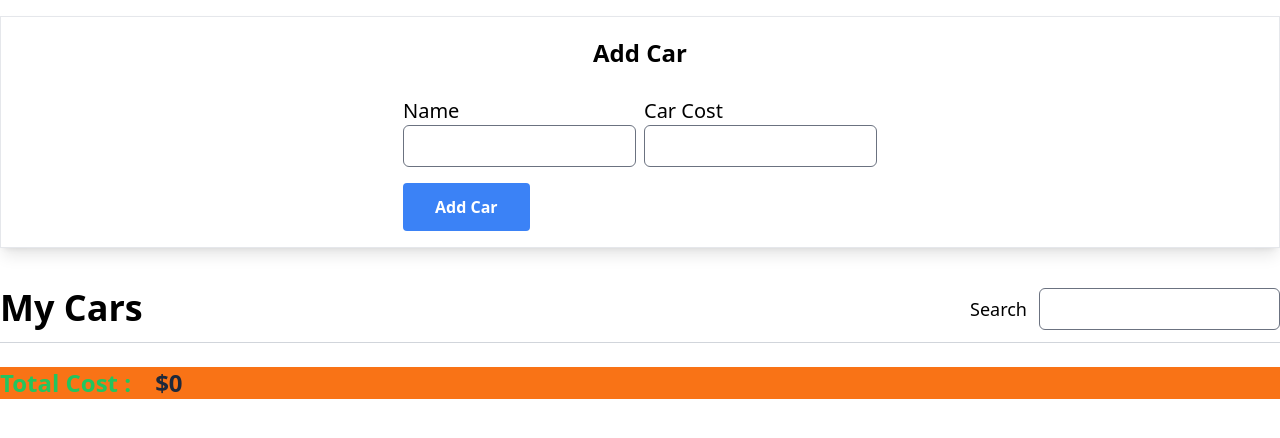
Repository: Marhamat92/carsappreduxtoolkit
Page: /
An editor plug-in stored every save of this project. The page is shown before and after the next save, followed by the edit.
The browser window is 1280 px wide. The pictures show the whole page.
The project was rebuilt for these pictures with package versions that can differ from the ones it lists, and the page was loaded fresh each time.

Above is the page before, as saved 2023-01-24 00:48:01.

After the next save:
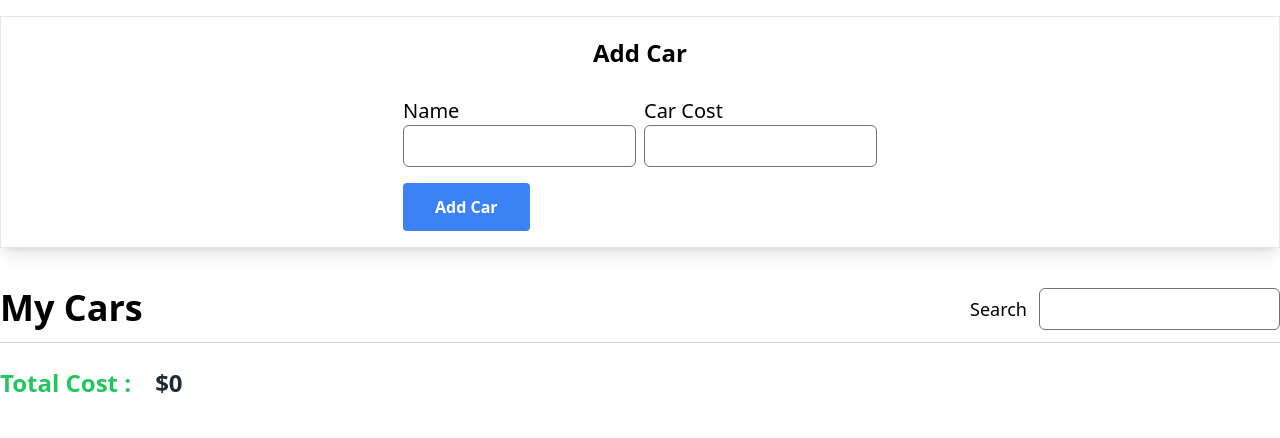
Saved 5 s later.
--- a/src/components/CarValue.js
+++ b/src/components/CarValue.js
@@ -12,7 +12,7 @@ function CarValue() {
 
 
   return (
-    <div className='flex  space-x-6 mt-6 bg-orange-500'>
+    <div className='flex  space-x-6 mt-6 '>
       <h1 className='text-2xl font-bold text-green-500' >Total Cost :</h1>
       <h1 className='text-2xl font-bold text-slate-800'>${totalCost}</h1>
     </div>
